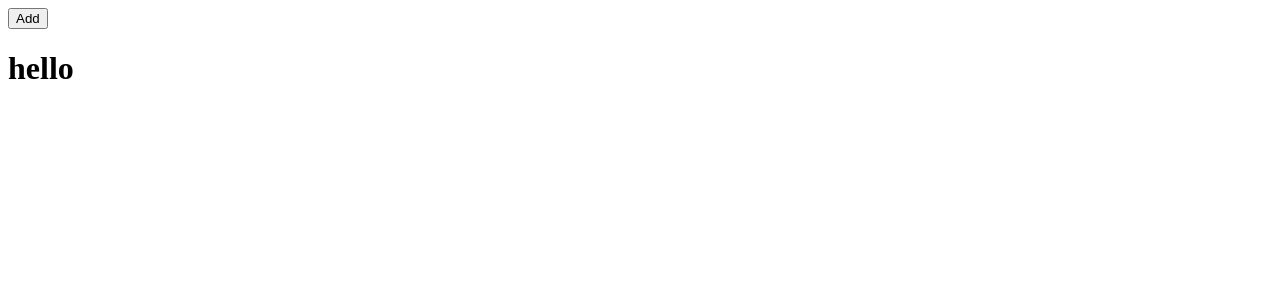
Repository: Haakim19/JavaScript
Page: Questions/Question01.html
The author's editor kept a copy of each file at every save. The page is drawn from the files as they stood at one save, then again after the next save.
The browser window is 1280 px wide. The pictures show the whole page.
After loading, the first visible `button` was clicked once.

Above is the page before, as saved 2024-10-14 17:57:07.

### Questions/Question01.html
<!-- <!DOCTYPE html>
<html lang="en">
<head>
    <meta charset="UTF-8">
    <meta name="viewport" content="width=device-width, initial-scale=1.0">
    <title>Question - 01</title>
</head>
<body>
    <input id="inputBox" onkeyup="output()">
    <h1 id="result"></h1>
    <script>
        var input = document.getElementById('inputBox');
        var result = document.getElementById('result');
        function output(){
            result.textContent = input.value;
        }
    </script>
</body>
</html> -->



<!DOCTYPE html>
<html lang="en">
<head>
    <meta charset="UTF-8">
    <meta name="viewport" content="width=device-width, initial-scale=1.0">
    <title>Question - 02</title>
</head>
<body>
    <button onclick="update()">Add</button>
    <h1 id="result"></h1>
    <script>
        var h1 = document.getElementById('result');
        function update(){
            h1.textContent = 'hello';
        }
    </script>
</body>
</html>

After the next save:
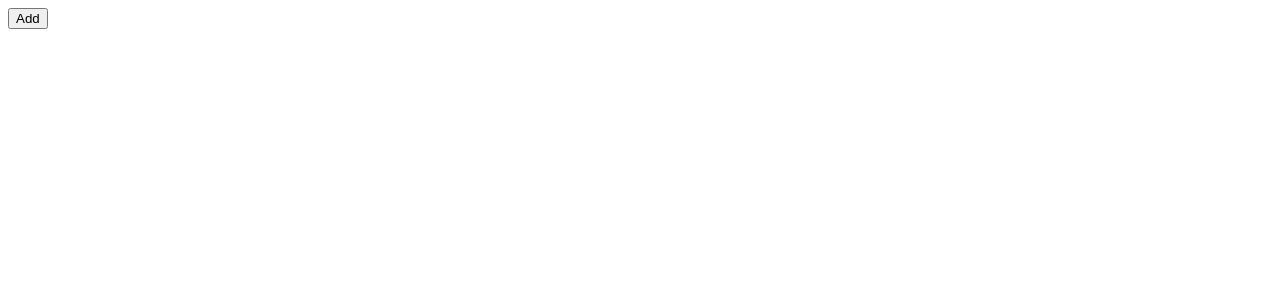
Saved 81 s later.
--- a/Questions/Question01.html
+++ b/Questions/Question01.html
@@ -33,7 +33,8 @@
     <script>
         var h1 = document.getElementById('result');
         function update(){
-            h1.textContent = 'hello';
+            h1.append = 'hello';
+
         }
     </script>
 </body>

After the save that followed:
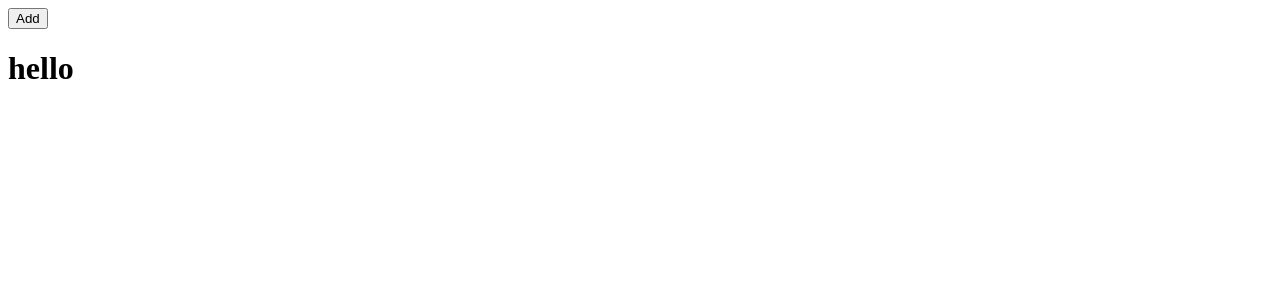
Saved 30 s later.
--- a/Questions/Question01.html
+++ b/Questions/Question01.html
@@ -33,7 +33,7 @@
     <script>
         var h1 = document.getElementById('result');
         function update(){
-            h1.append = 'hello';
+            h1.append ('hello');
 
         }
     </script>
